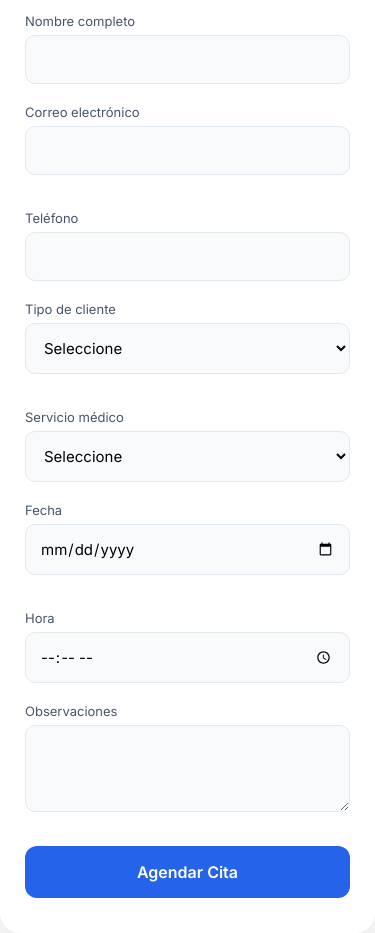
Repository: Miguelperdomo/Biocenter
Page: http://localhost/public_html/formulario.php
The author's editor kept a copy of each file at every save. The page is drawn from the files as they stood at one save, then again after a run of saves.
The browser window is 375 px wide. The pictures show the whole page.
The page is run by PHP 8.4 with error messages shown; the project is at /var/www/html/.

Above is the page before, as saved 2026-02-17 12:12:02.

### formulario.php
<!DOCTYPE html>
<html lang="es">
<head>
<meta charset="UTF-8">
<meta name="viewport" content="width=device-width, initial-scale=1.0">
<title>Agendar Cita | Biocenter</title>

<link href="https://fonts.googleapis.com/css2?family=Inter:wght@300;400;600;700&display=swap" rel="stylesheet">

<style>

*{
    margin:0;
    padding:0;
    box-sizing:border-box;
    font-family:'Inter', sans-serif;
}

body{
    height:100vh;
    display:flex;
    justify-content:center;
    align-items:center;

    /* IMAGEN DE FONDO */
    background:
        linear-gradient(rgba(7,29,51,0.75), rgba(7,29,51,0.75)),
        url("./imagenes/imagen-nosotros1.jpeg");

    background-size: cover;
    background-position: center;
    background-repeat: no-repeat;
}


/* ===== TARJETA ===== */
.card{
    background:white;
    width:100%;
    max-width:600px;
    padding:50px 45px;
    border-radius:20px;
    box-shadow:0 30px 70px rgba(0,0,0,.12);
    animation:fadeIn .7s ease;
}

@keyframes fadeIn{
    from{opacity:0;transform:translateY(40px);}
    to{opacity:1;transform:translateY(0);}
}

.card h1{
    text-align:center;
    font-size:28px;
    margin-bottom:8px;
    color:#0f172a;
}

.subtitle{
    text-align:center;
    color:#64748b;
    font-size:14px;
    margin-bottom:35px;
}

/* ===== INPUTS ===== */
.input-group{
    margin-bottom:20px;
}

.input-group label{
    font-size:13px;
    color:#475569;
    display:block;
    margin-bottom:6px;
}

.input-group input,
.input-group select,
.input-group textarea{
    width:100%;
    padding:14px;
    border-radius:10px;
    border:1px solid #e2e8f0;
    background:#f8fafc;
    font-size:15px;
    transition:.3s;
}

.input-group input:focus,
.input-group select:focus{
    background:white;
    border-color:#2563eb;
    box-shadow:0 0 0 3px rgba(37,99,235,.2);
    outline:none;
}

/* ===== GRID ===== */
.grid{
    display:grid;
    grid-template-columns:1fr 1fr;
    gap:15px;
}

/* ===== BOTÓN ===== */
.btn{
    width:100%;
    padding:16px;
    border:none;
    border-radius:12px;
    background:#2563eb;
    color:white;
    font-size:16px;
    font-weight:600;
    cursor:pointer;
    margin-top:10px;
    transition:.3s;
}

.btn:hover{
    background:#1d4ed8;
    transform:translateY(-2px);
    box-shadow:0 15px 30px rgba(0,0,0,.2);
}

/* ===== RESPONSIVE ===== */
@media(max-width:600px){
    .grid{
        grid-template-columns:1fr;
    }

    .card{
        padding:35px 25px;
    }
}

</style>
</head>

<body>

<div class="card">

<h1>Agendar Cita</h1>
<p class="subtitle">Complete el formulario para programar su atención médica</p>

<form action="guardar_cita.php" method="POST">

<div class="input-group">
<label>Nombre completo</label>
<input type="text" name="nombre" required>
</div>

<div class="grid">

<div class="input-group">
<label>Correo electrónico</label>
<input type="email" name="correo" required>
</div>

<div class="input-group">
<label>Teléfono</label>
<input type="text" name="telefono" required>
</div>

</div>

<div class="grid">

<div class="input-group">
<label>Tipo de cliente</label>
<select name="tipo_cliente" required>
<option value="">Seleccione</option>
<option>Persona natural</option>
<option>Empresa</option>
</select>
</div>

<div class="input-group">
<label>Servicio médico</label>
<select name="servicio" required>
<option value="">Seleccione</option>
<option>Médico ocupacional</option>
<option>Optometría</option>
<option>Audiometría</option>
<option>Laboratorios</option>
</select>
</div>

</div>

<div class="grid">

<div class="input-group">
<label>Fecha</label>
<input type="date" name="fecha" required>
</div>

<div class="input-group">
<label>Hora</label>
<input type="time" name="hora" required>
</div>

</div>

<div class="input-group">
<label>Observaciones</label>
<textarea name="observaciones" rows="3"></textarea>
</div>

<button class="btn">Agendar Cita</button>

</form>

</div>

</body>
</html>

After the next 2 saves:
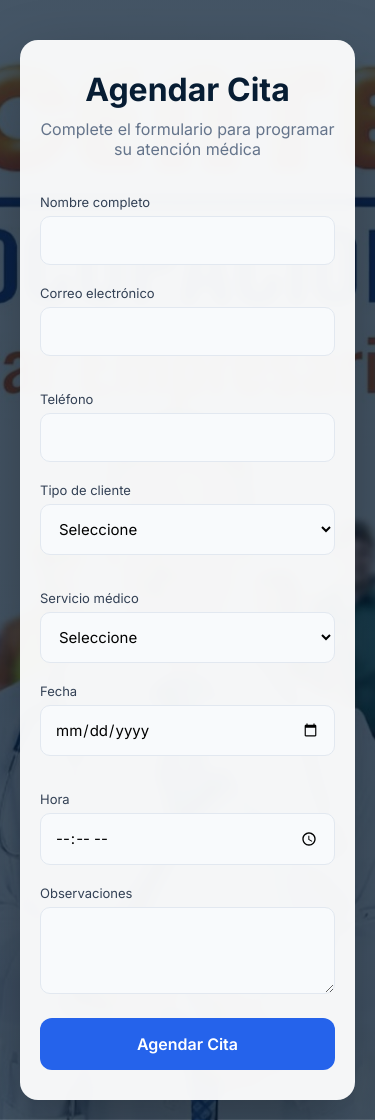
The 2 saves are shown as one change because they came seconds apart.
The last was saved 62 s later.
--- a/formulario.php
+++ b/formulario.php
@@ -16,51 +16,47 @@
     font-family:'Inter', sans-serif;
 }
 
+/* ===== BODY RESPONSIVE ===== */
 body{
-    height:100vh;
+    min-height:100vh;
     display:flex;
     justify-content:center;
     align-items:center;
-
-    /* IMAGEN DE FONDO */
+    padding:20px;
+
     background:
         linear-gradient(rgba(7,29,51,0.75), rgba(7,29,51,0.75)),
         url("./imagenes/imagen-nosotros1.jpeg");
 
-    background-size: cover;
-    background-position: center;
-    background-repeat: no-repeat;
-}
-
+    background-size:cover;
+    background-position:center;
+    background-repeat:no-repeat;
+}
 
 /* ===== TARJETA ===== */
 .card{
-    background:white;
     width:100%;
-    max-width:600px;
-    padding:50px 45px;
-    border-radius:20px;
-    box-shadow:0 30px 70px rgba(0,0,0,.12);
-    animation:fadeIn .7s ease;
-}
-
-@keyframes fadeIn{
-    from{opacity:0;transform:translateY(40px);}
-    to{opacity:1;transform:translateY(0);}
-}
-
+    max-width:650px;
+    padding:50px;
+    border-radius:18px;
+
+    background:rgba(255,255,255,0.95);
+    backdrop-filter:blur(6px);
+
+    box-shadow:0 30px 70px rgba(0,0,0,.3);
+}
+
+/* ===== TITULOS ===== */
 .card h1{
     text-align:center;
-    font-size:28px;
-    margin-bottom:8px;
-    color:#0f172a;
+    margin-bottom:10px;
+    color:#071d33;
 }
 
 .subtitle{
     text-align:center;
+    margin-bottom:35px;
     color:#64748b;
-    font-size:14px;
-    margin-bottom:35px;
 }
 
 /* ===== INPUTS ===== */
@@ -69,10 +65,10 @@ body{
 }
 
 .input-group label{
+    display:block;
     font-size:13px;
-    color:#475569;
-    display:block;
     margin-bottom:6px;
+    color:#334155;
 }
 
 .input-group input,
@@ -91,8 +87,8 @@ body{
 .input-group select:focus{
     background:white;
     border-color:#2563eb;
+    outline:none;
     box-shadow:0 0 0 3px rgba(37,99,235,.2);
-    outline:none;
 }
 
 /* ===== GRID ===== */
@@ -113,25 +109,30 @@ body{
     font-size:16px;
     font-weight:600;
     cursor:pointer;
-    margin-top:10px;
     transition:.3s;
 }
 
 .btn:hover{
     background:#1d4ed8;
     transform:translateY(-2px);
-    box-shadow:0 15px 30px rgba(0,0,0,.2);
 }
 
 /* ===== RESPONSIVE ===== */
-@media(max-width:600px){
+@media(max-width:768px){
+
+    body{
+        align-items:flex-start;
+        padding-top:40px;
+    }
+
+    .card{
+        padding:30px 20px;
+    }
+
     .grid{
         grid-template-columns:1fr;
     }
 
-    .card{
-        padding:35px 25px;
-    }
 }
 
 </style>
